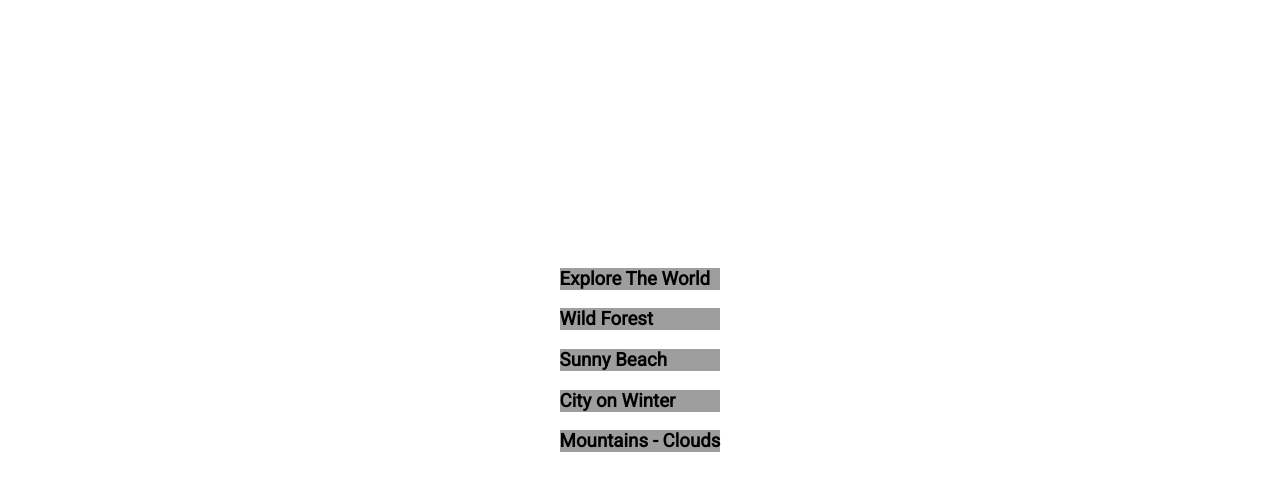
Repository: cyborgEneki/50Projects50Days
Page: expanding_cards/index.html
An editor plug-in stored every save of this project. The page is shown before and after a run of saves, followed by the edit.
The browser window is 1280 px wide. The pictures show the whole page.
Pictures or frames that could not be fetched are drawn as grey boxes. Some web fonts or font styles are not loaded; a fallback is used.

Above is the page before, as saved 2021-01-01 11:13:17.

After the next 3 saves:
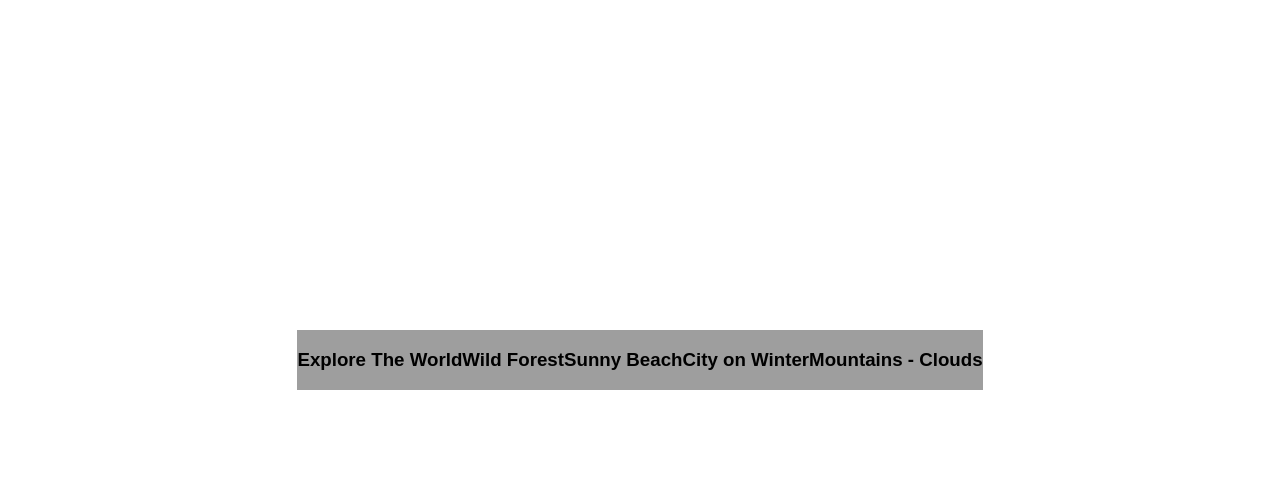
The 3 saves are shown as one change because they came seconds apart.
The last was saved 6 s later.
--- a/expanding_cards/style.css
+++ b/expanding_cards/style.css
@@ -1,16 +1,19 @@
-@import url('https://fonts.googleapis.com/css2?family=Roboto:ital,wght@0,400;1,700&display=swap');
+@import url('https://fonts.googleapis.com/css?family=Muli&display=swap');
 
 * {
     box-sizing: border-box;
 }
 
 body {
-    font-family: 'Roboto', sans-serif;
+    font-family: 'Muli', sans-serif;
     margin: 0;
     display: flex;
-    flex-direction: column;
     align-items: center;
     justify-content: center;
     height: 100vh;
     overflow: hidden;
 }
+
+.container {
+    display: flex;
+}
